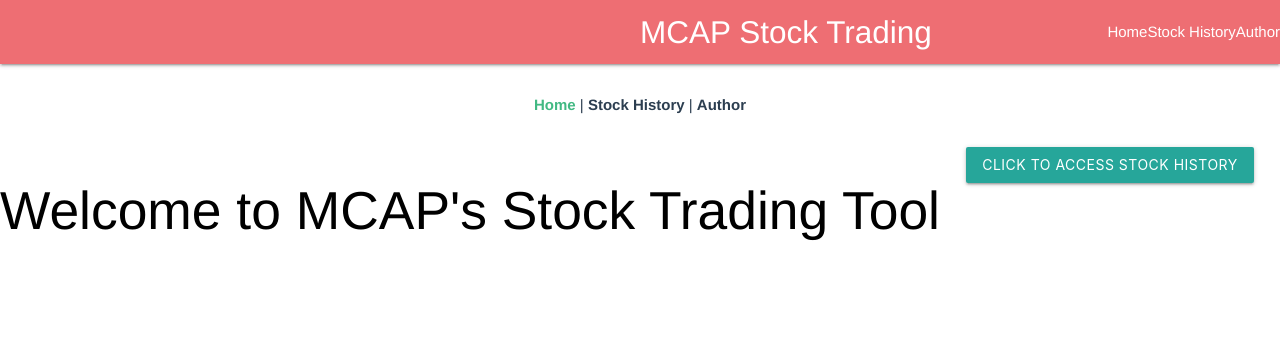
Repository: pandyarudra/stock-symbol-app
Page: /
These files come from the project's save history. The page is drawn as it stood at one moment and after the next save; the edit follows.
The browser window is 1280 px wide. The pictures show the whole page.
The project was rebuilt for these pictures with package versions that can differ from the ones it lists, and the page was loaded fresh each time.

Above is the page before, as saved 2020-09-14 22:13:47.

After the next save:
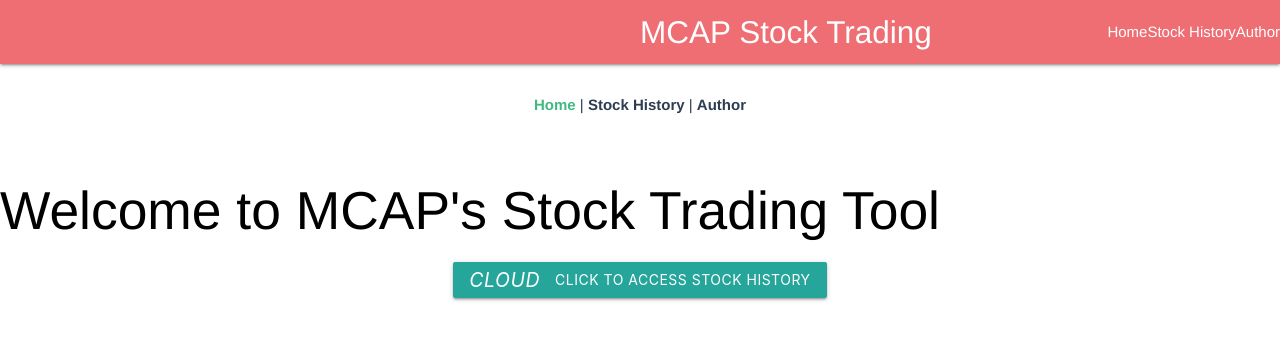
Saved 24 s later.
--- a/src/views/WelcomePage.vue
+++ b/src/views/WelcomePage.vue
@@ -2,7 +2,7 @@
 <div class="col">
     <h2 class="left">Welcome to MCAP's Stock Trading Tool
     </h2>
-    <button class="btn waves-effect waves-light">Click to Access Stock History</button>
+    <button class="btn waves-effect waves-light"><i class="material-icons left">cloud</i>Click to Access Stock History</button>
 </div>
 </template>
 
